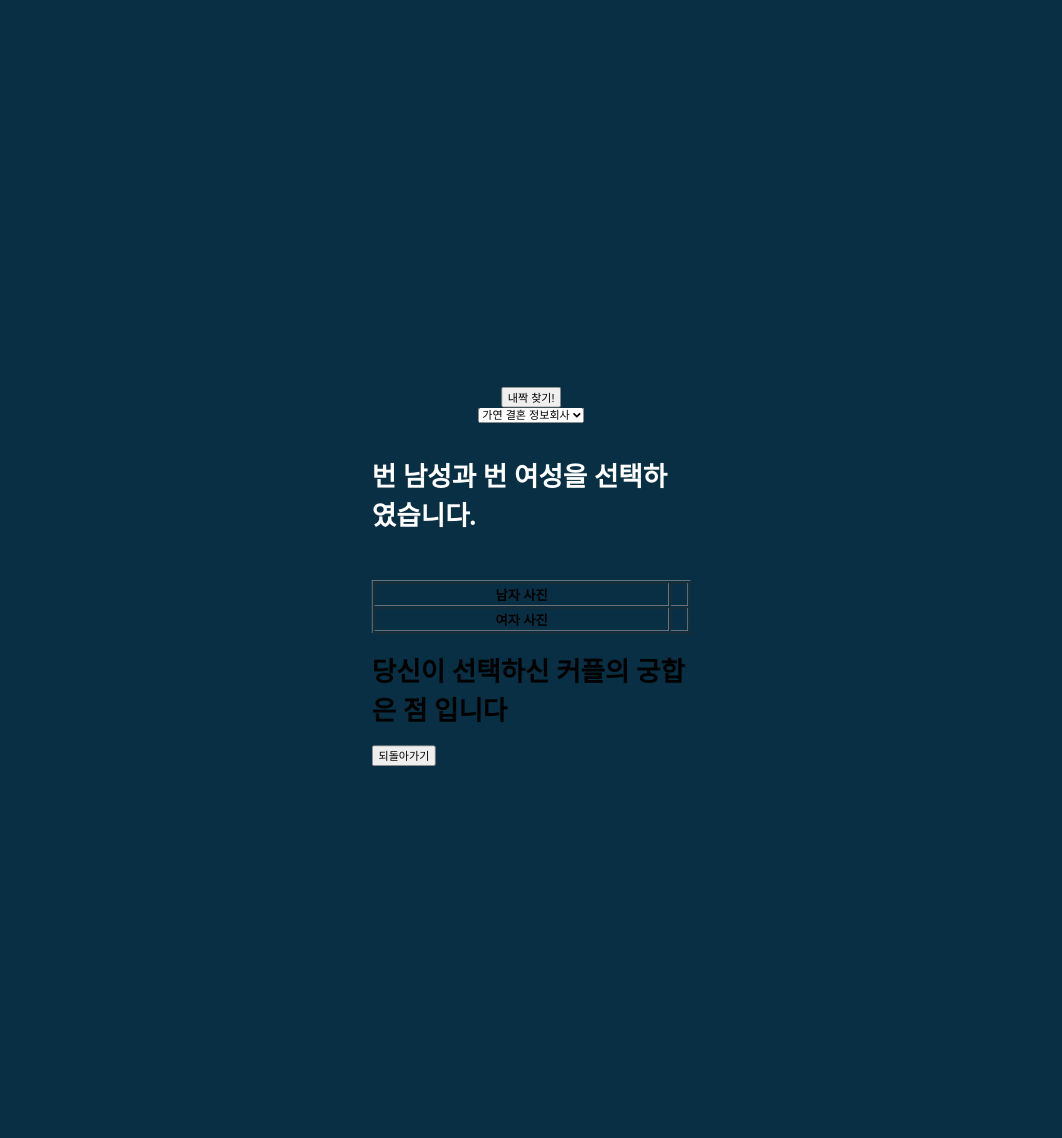
Repository: trapezer84/JSP
Page: http://localhost/AEA_Assignment/list.jsp
The author's editor kept a copy of each file at every save. The page is drawn from the files as they stood at one save, then again after the next save.
The browser window is 1280 px wide. The pictures show the whole page, at 83% of full size.
The page is served by Tomcat 9. The template is opened directly, without the code that normally fills it, so the values that code supplies are empty.

Above is the page before, as saved 2016-02-05 00:26:14.

After the next save:
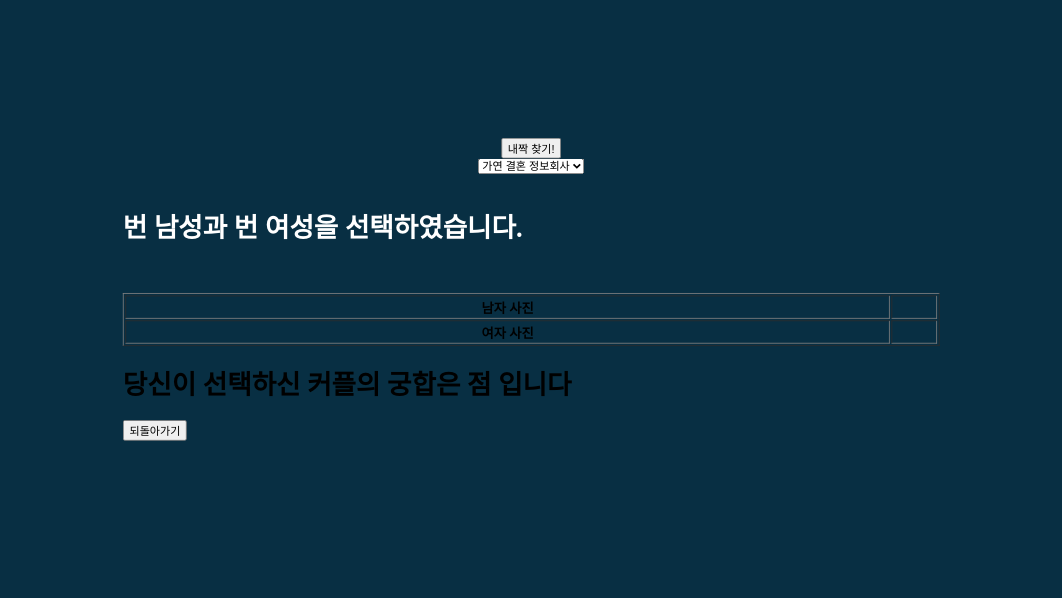
Saved 8 s later.
--- a/AEA_Assignment/WebContent/list.jsp
+++ b/AEA_Assignment/WebContent/list.jsp
@@ -7,7 +7,7 @@
 <meta http-equiv="Content-Type" content="text/html; charset=UTF-8">
 <title>궁합 결과</title>
 </head>
-<body bgcolor="#082f43" style ="padding:440px">
+<body bgcolor="#082f43" style ="padding:140px">
 
 	<br />
 	<div align="center">
